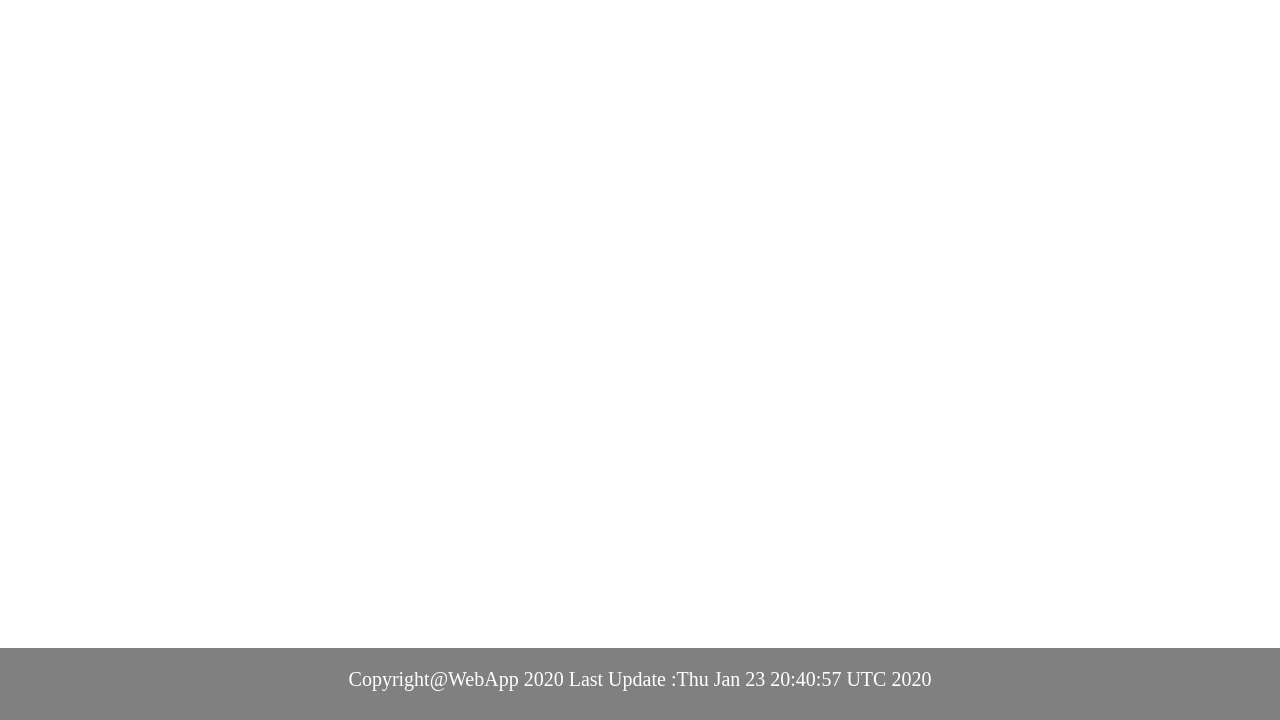
Repository: SriMerla/ServletsAndJsps
Page: http://localhost/WebApplicationProject/footer.jsp
An editor plug-in stored every save of this project. The page is shown before and after the next save, followed by the edit.
The browser window is 1280 px wide. The pictures show the whole page.
The page is served by Tomcat 9.

Above is the page before, as saved 2020-01-30 05:24:46.

After the next save:
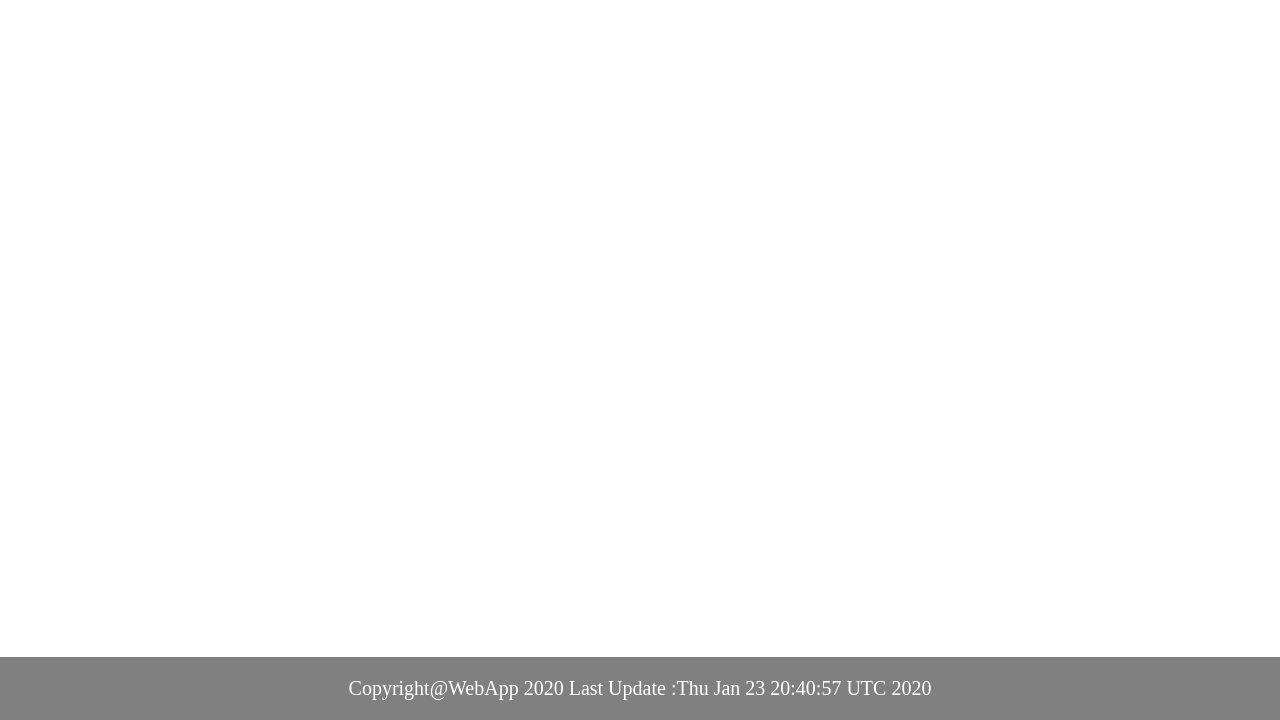
Saved 13 s later.
--- a/Servlets/WebApplicationProject/WebContent/footer.jsp
+++ b/Servlets/WebApplicationProject/WebContent/footer.jsp
@@ -11,7 +11,7 @@
    left: 0;
    bottom: 0;
    width: 100%;
-   height: 10%;
+   height-bottom: 10%;
    background-color: grey;
    color: white;
    text-align: center;

After the save that followed:
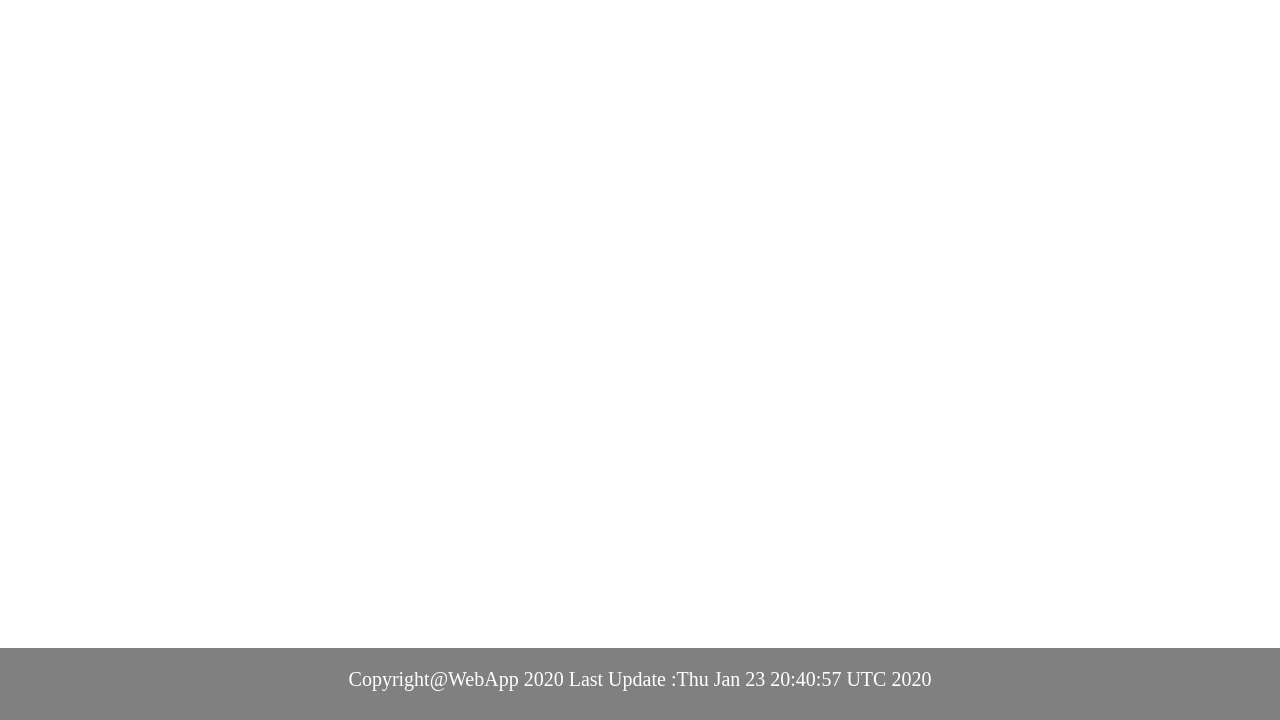
Saved 12 s later.
--- a/Servlets/WebApplicationProject/WebContent/footer.jsp
+++ b/Servlets/WebApplicationProject/WebContent/footer.jsp
@@ -11,7 +11,7 @@
    left: 0;
    bottom: 0;
    width: 100%;
-   height-bottom: 10%;
+   height: 10%;
    background-color: grey;
    color: white;
    text-align: center;
